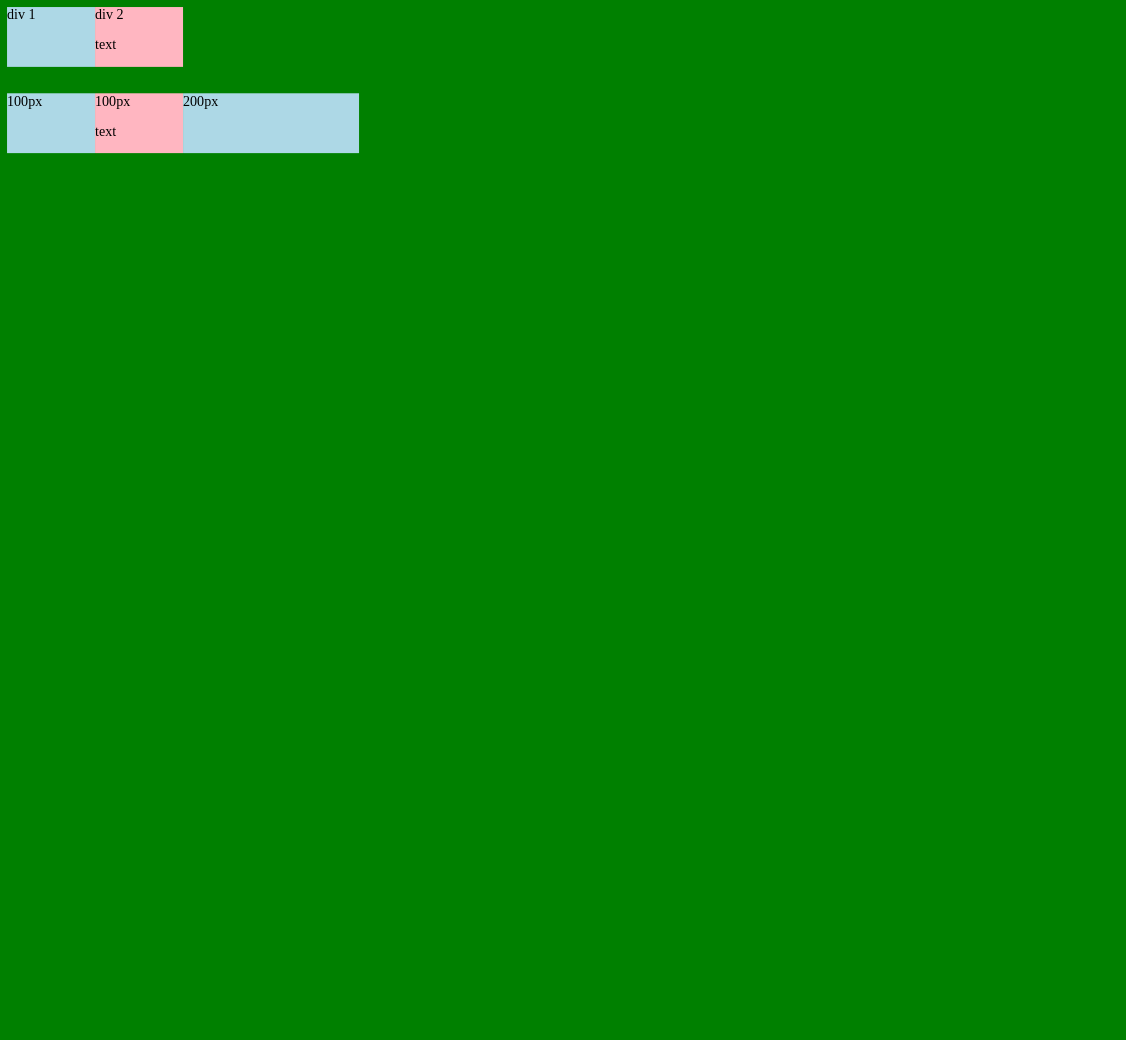
Repository: knowledgeAlan/html-css-eleven
Page: grid.html
These files come from the project's save history. The page is drawn as it stood at one moment and after the next save; the edit follows.
The browser window is 1280 px wide. The pictures show the whole page, at 88% of full size.

Above is the page before, as saved 2024-03-08 18:34:10.

### grid.html
<!DOCTYPE html>
<html>

    <head>
        <title>Grid Practice</title>
    </head>


    <body style="padding-bottom: 1000px;background-color: green;">
        <div style="display: grid; grid-template-columns: 100px 100px;">
                <div style="background-color: lightblue;"> div 1</div>
                <div style="background-color: lightpink;">div 2<p>text</p></div>
        </div>

        <div style="
        margin-top: 30px;
        display: grid;
        grid-template-columns: 100px 100px 200px;
        ">

        <div style="background-color: lightblue;">100px</div>
        <div style="background-color: lightpink;">100px<p>text</p></div>
        <div style="background-color: lightblue;">200px</div>
        </div>
    </body>
</html>

After the next save:
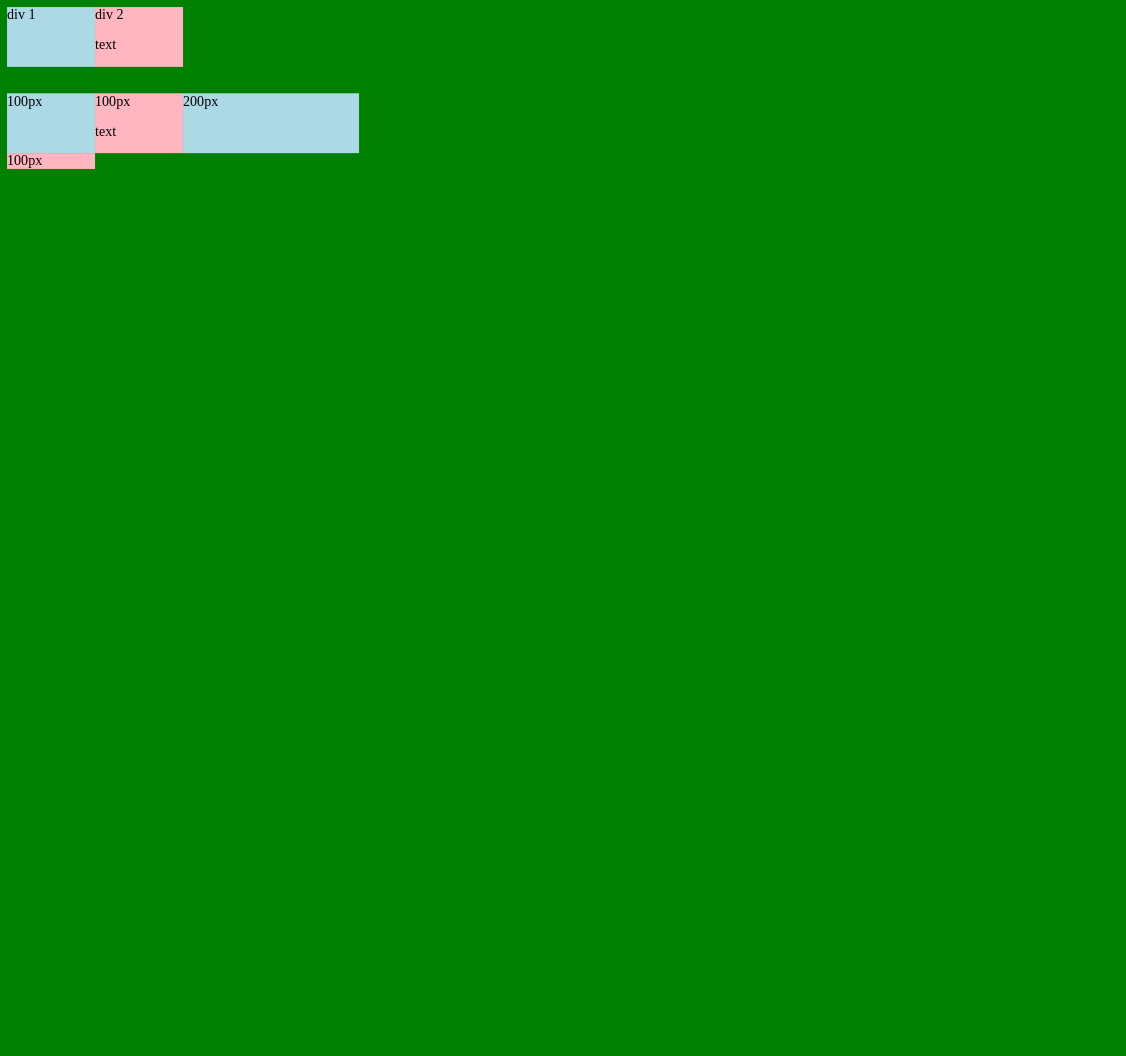
Saved 4 min 10 s later.
--- a/grid.html
+++ b/grid.html
@@ -21,6 +21,8 @@
         <div style="background-color: lightblue;">100px</div>
         <div style="background-color: lightpink;">100px<p>text</p></div>
         <div style="background-color: lightblue;">200px</div>
+        <div style="background-color: lightpink;">100px</div>
+
         </div>
     </body>
 </html>
